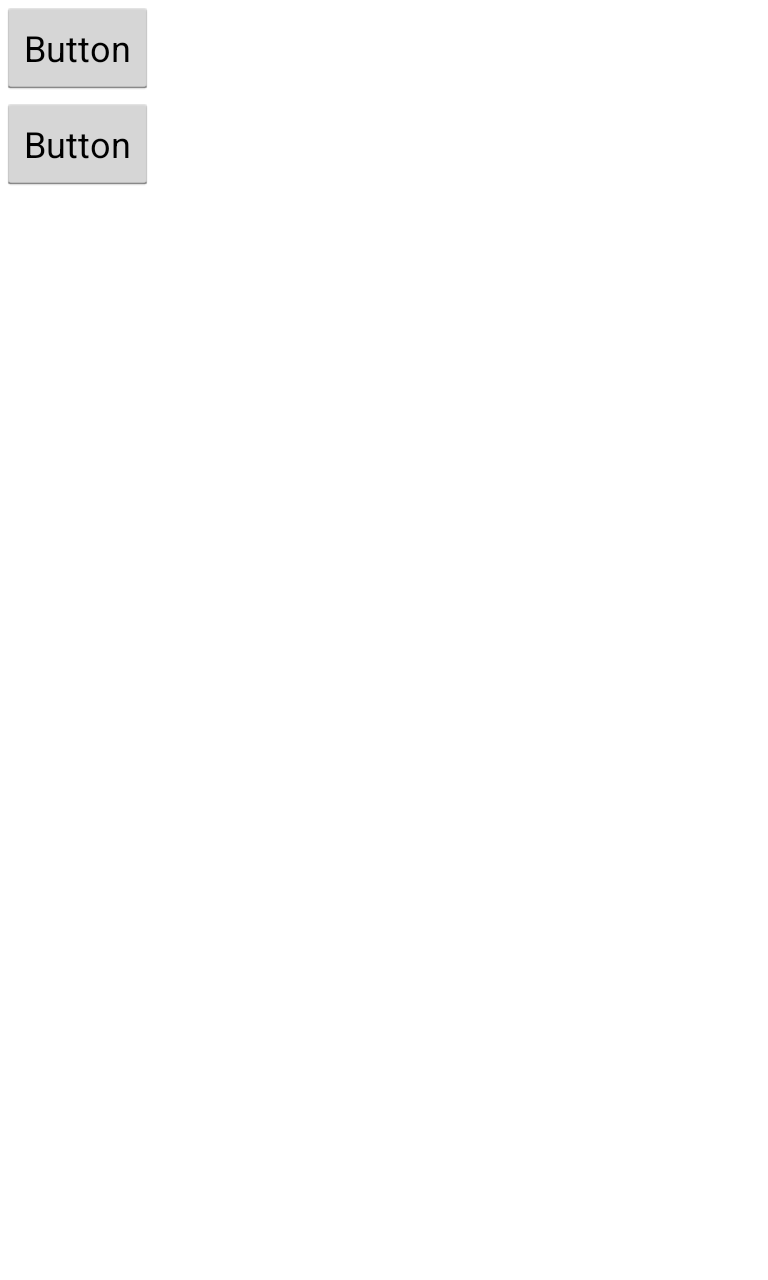
Repository: RaymondCalderon/programs_school
Layout: Trabajos Eclipse/Apps eclipse/FoxEnglish/res/layout/actividad2.xml
An editor plug-in stored every save of this project. The layout is shown before and after the next save, followed by the edit.
It is drawn on a 768 x 1280 px phone screen (xhdpi) without system bars, with theme AppTheme; the app's code is not run.

Above is the layout before, as saved 2016-02-26 05:50:00.

After the next save:
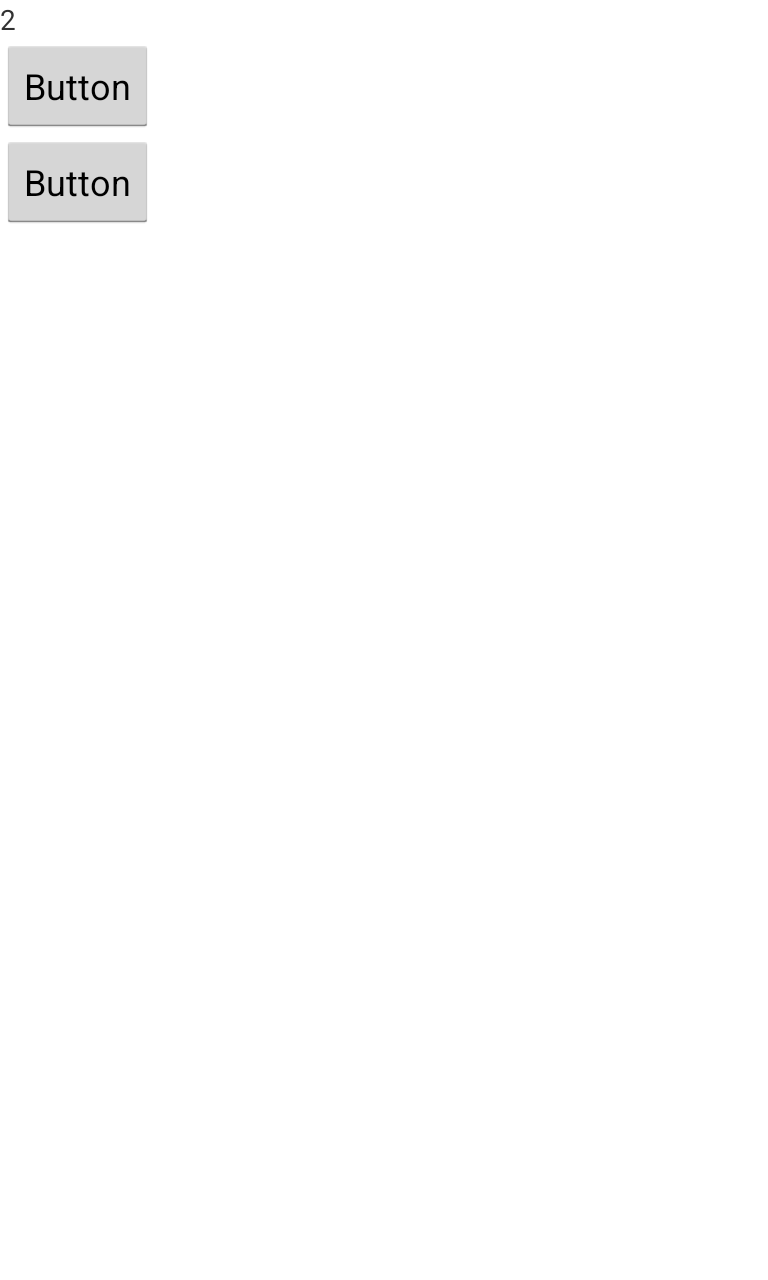
Saved 23 s later.
--- a/Trabajos Eclipse/Apps eclipse/FoxEnglish/res/layout/actividad2.xml
+++ b/Trabajos Eclipse/Apps eclipse/FoxEnglish/res/layout/actividad2.xml
@@ -3,6 +3,12 @@
     android:layout_width="match_parent"
     android:layout_height="match_parent"
     android:orientation="vertical" >
+
+    <TextView
+        android:id="@+id/textView1"
+        android:layout_width="wrap_content"
+        android:layout_height="wrap_content"
+        android:text="2" />
 
     <Button
         android:id="@+id/a2btn1"
